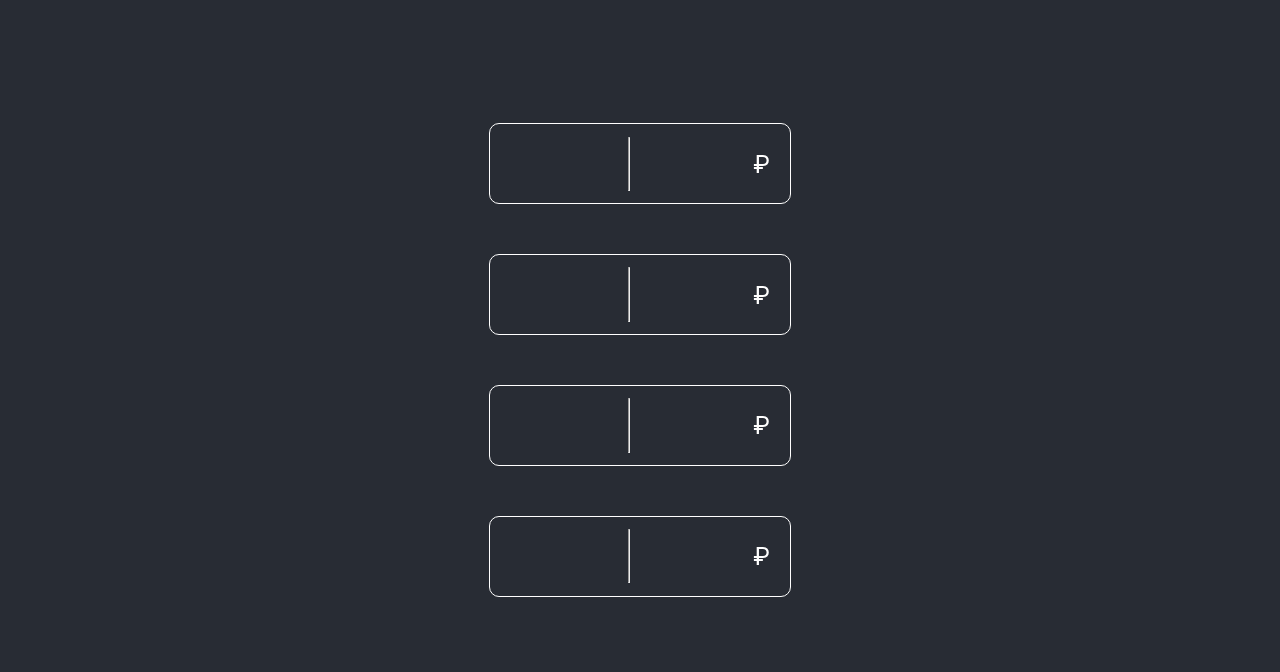
Repository: bandikost/capers
Page: /main
The author's editor kept a copy of each file at every save. The page is drawn from the files as they stood at one save, then again after the next save.
The browser window is 1280 px wide. The pictures show the whole page.
The page's requests for data from a server got no answer. The project was rebuilt for these pictures with package versions that can differ from the ones it lists, and the page was loaded fresh each time. No one was signed in, and anything a server would have sent is missing. Also part of the build but not shown: src/components/Main-edit.jsx.

Above is the page before, as saved 2023-04-10 12:34:32.

### src/App.js
import logo from './logo.svg';
import './App.css';
import { BrowserRouter, Routes, Route } from "react-router-dom";
import Main from './components/Main';
import MainEdit from './components/Main-edit';


function App() {
  return (
    <div className="App">
      <header className="App-header">
      <BrowserRouter >
        <Routes>
            <Route path='/main' element={<Main />}/>
            <Route path='/main-edit' element={<MainEdit />}/>
        </Routes>
      </BrowserRouter>
      </header>
    </div>
  );
}

export default App;

### src/App.css
.App {
  text-align: center;
}

.App-logo {
  height: 40vmin;
  pointer-events: none;
}


.App-header {
  background-color: #282c34;
  min-height: 100vh;
  display: flex;
  flex-direction: column;
  align-items: center;
  justify-content: center;
  font-size: calc(10px + 2vmin);
  color: white;
}

.App-link {
  color: #61dafb;
}


.table {
  height: auto;
  margin: 0 auto 0;
}

.cell {
  border: 1px solid white;
  border-radius: 10px;
  width: 300px;
  margin: 50px 0px;
  display: flex;
  justify-content: space-between;
}

.cell p {
  padding: 0 20px;
}

### src/components/Main.jsx
import React, { useState, useEffect } from "react";
import firebase from "../firebase";
import UserEditForm from "./UserEditForm";

export const Main = () => {
  const [name, setName] = useState({});
  const [balance, setbalance] = useState({});

  useEffect(() => {
    const balanceRef = firebase.database().ref("balance");
    balanceRef.on("value", (snapshot) => {
      const data = snapshot.val();
      setbalance(data);
    });

    const nameRef = firebase.database().ref("name");
    nameRef.on("value", (snapshot) => {
      const data = snapshot.val();
      setName(data);
    });
  }, []);

  const getHighestBalanceUser = () => {
    const users = Object.keys(balance);
    let highestBalance = -Infinity;
    let highestBalanceUser = "";
    users.forEach((user) => {
      if (balance[user] > highestBalance) {
        highestBalance = balance[user];
        highestBalanceUser = user;
      }
    });
    return highestBalanceUser;
  };

  return (
    <div className="table">
      <div className="cell">
        <p>{name.user1}</p>
        <hr />
        <p>{balance.user1}<span style={{marginLeft: "5px"}}>₽</span></p>
      </div>
      <div className="cell">
        <p>{name.user2}</p>
        <hr />
        <p>{balance.user2}<span style={{marginLeft: "5px"}}>₽</span></p>
      </div>
      <div className="cell">
        <p>{name.user3}</p>
        <hr />
        <p>{balance.user3}<span style={{marginLeft: "5px"}}>₽</span></p>
      </div>
      <div className="cell">
        <p>{name.user4}</p>
        <hr />
        <p>{balance.user4}<span style={{marginLeft: "5px"}}>₽</span></p>

        </div>
        </div>

  )
}
  export default Main;

### src/firebase.js

import "firebase/database";
import firebase from "firebase/compat/app";
import "firebase/compat/database";
import { getAuth } from "firebase/auth";
import { getFirestore } from "firebase/firestore";
import { getStorage, ref } from "firebase/storage";


const firebaseConfig = {
    apiKey: "AIzaSyBp1x8lQCSbuPwbK_sXJ7eGkGpN9c7ONY8",
    authDomain: "capers-a3171.firebaseapp.com",
    databaseURL: "https://capers-a3171-default-rtdb.europe-west1.firebasedatabase.app",
    projectId: "capers-a3171",
    storageBucket: "capers-a3171.appspot.com",
    messagingSenderId: "794243042023",
    appId: "1:794243042023:web:668504b8bdcbe9b7c63042",
    measurementId: "G-7YW48MQCSP"
  };

firebase.initializeApp(firebaseConfig);

export const auth = getAuth();
export const storage = getStorage()
export const db = getFirestore();
export default firebase;

### src/components/UserEditForm.js
import React, { useState } from "react";

const UserInput = ({ user, name, balance, onChange }) => {
  const [inputName, setInputName] = useState(name);
  const [inputBalance, setInputBalance] = useState(balance);

  const handleNameChange = (e) => {
    setInputName(e.target.value);
  };

  const handleBalanceChange = (e) => {
    setInputBalance(e.target.value);
  };

  return (
    <div className="cell">
      <p>{inputName}</p>
      <input type="text" value={inputName} onChange={handleNameChange} />
      <hr />
      <p>{inputBalance}</p>
      <input type="number" value={inputBalance} onChange={handleBalanceChange} />
      <button onClick={() => onChange(user, inputName, inputBalance)}>Save</button>
    </div>
  );
};

export default UserInput;

Loaded but not shown: public/index.html (common file); src/index.js (common file); src/index.css (common file); src/reportWebVitals.js (common file)

After the next save:
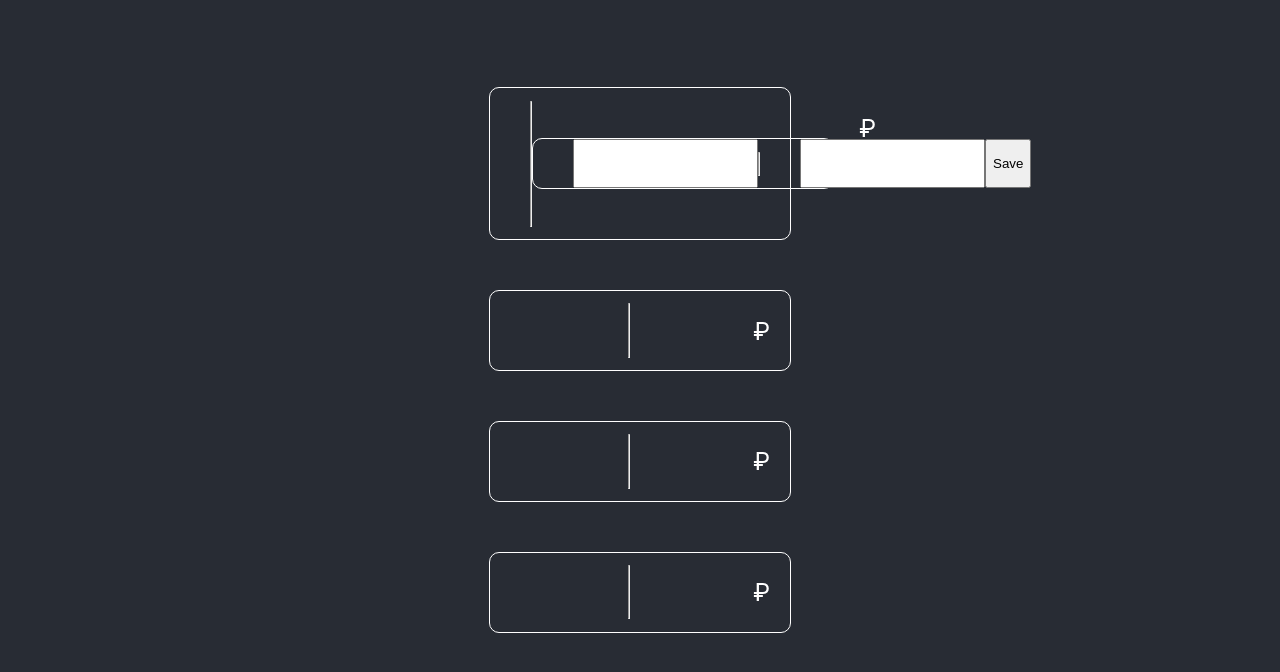
Saved 16 s later.
--- a/src/components/Main.jsx
+++ b/src/components/Main.jsx
@@ -38,6 +38,7 @@
       <div className="cell">
         <p>{name.user1}</p>
         <hr />
+        <UserEditForm userId="user1" name={name.user1} balance={balance.user1} />
         <p>{balance.user1}<span style={{marginLeft: "5px"}}>₽</span></p>
       </div>
       <div className="cell">

After the save that followed:
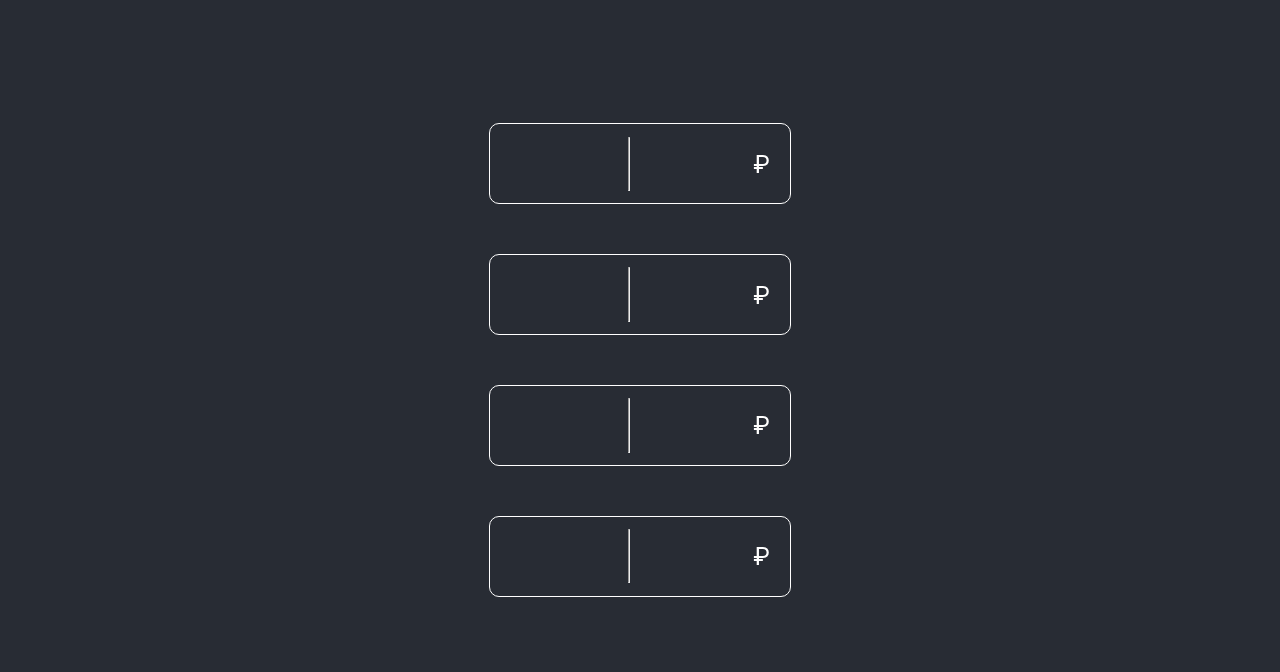
Saved 11 s later.
--- a/src/components/Main.jsx
+++ b/src/components/Main.jsx
@@ -38,7 +38,7 @@
       <div className="cell">
         <p>{name.user1}</p>
         <hr />
-        <UserEditForm userId="user1" name={name.user1} balance={balance.user1} />
+
         <p>{balance.user1}<span style={{marginLeft: "5px"}}>₽</span></p>
       </div>
       <div className="cell">
